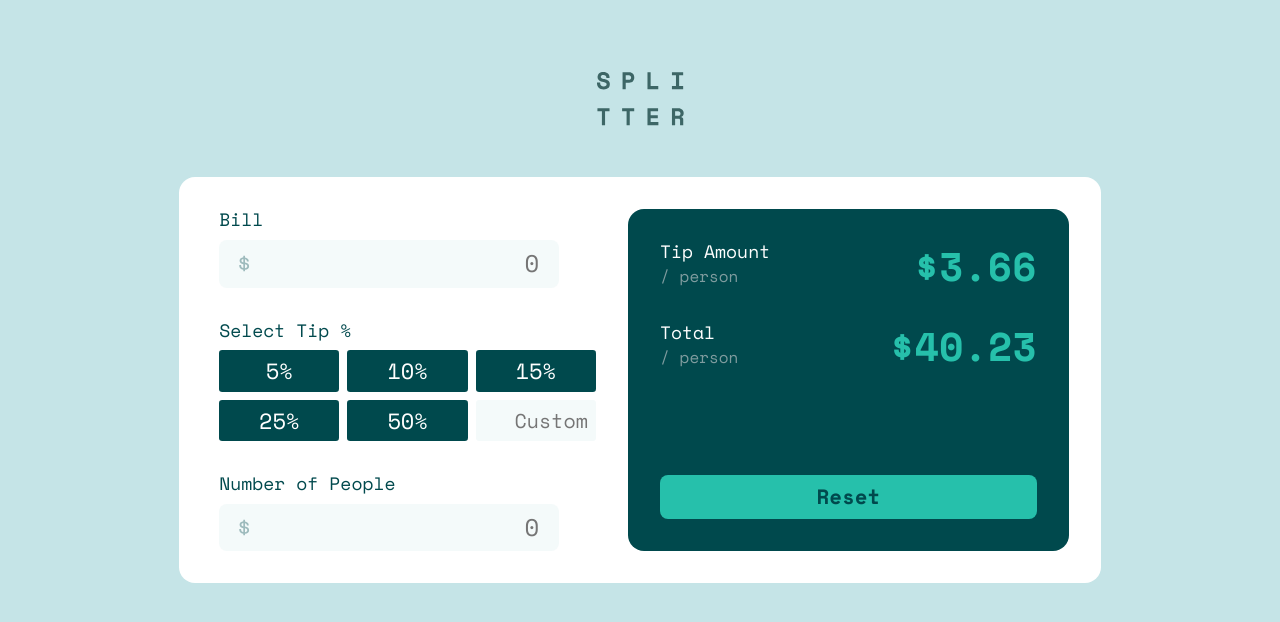
Repository: Jay-JYKim91/FM_tip-calculator
Page: index.html
An editor plug-in stored every save of this project. The page is shown before and after the next save, followed by the edit.
The browser window is 1280 px wide. The pictures show the whole page.

Above is the page before, as saved 2021-12-23 12:55:48.

After the next save:
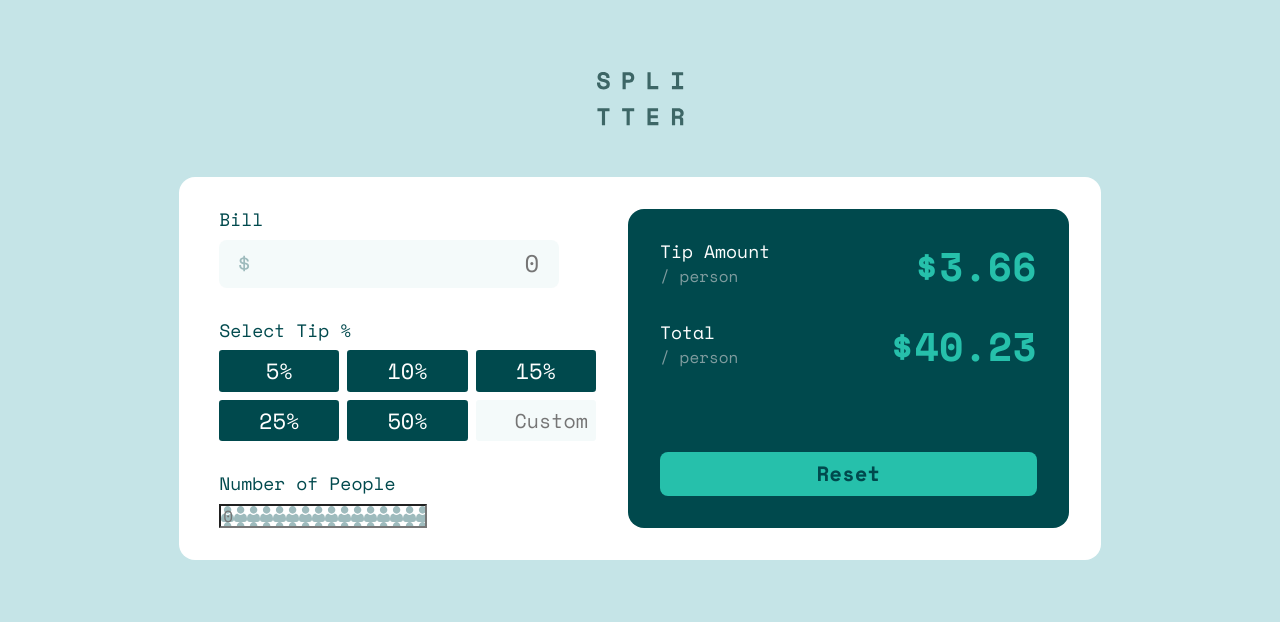
Saved 39 s later.
--- a/style.css
+++ b/style.css
@@ -79,9 +79,7 @@ header {
   color: var(--very-dark-cyan);
   font-size: 18px;
 }
-#billInput,
-#peopleInput {
-  background-image: url("./images/icon-dollar.svg");
+.input_box {
   background-position: 20px 15px;
   background-repeat: no-repeat;
   text-align: right;
@@ -93,6 +91,13 @@ header {
   caret-color: var(--strong-cyan);
   padding: 10px 20px;
   border-radius: 0.5rem;
+}
+#billInput {
+  background-image: url("./images/icon-dollar.svg");
+}
+
+#peopleInput {
+  background-image: url("./images/icon-person.svg");
 }
 /* .input_form {
   display: flex;

After the save that followed:
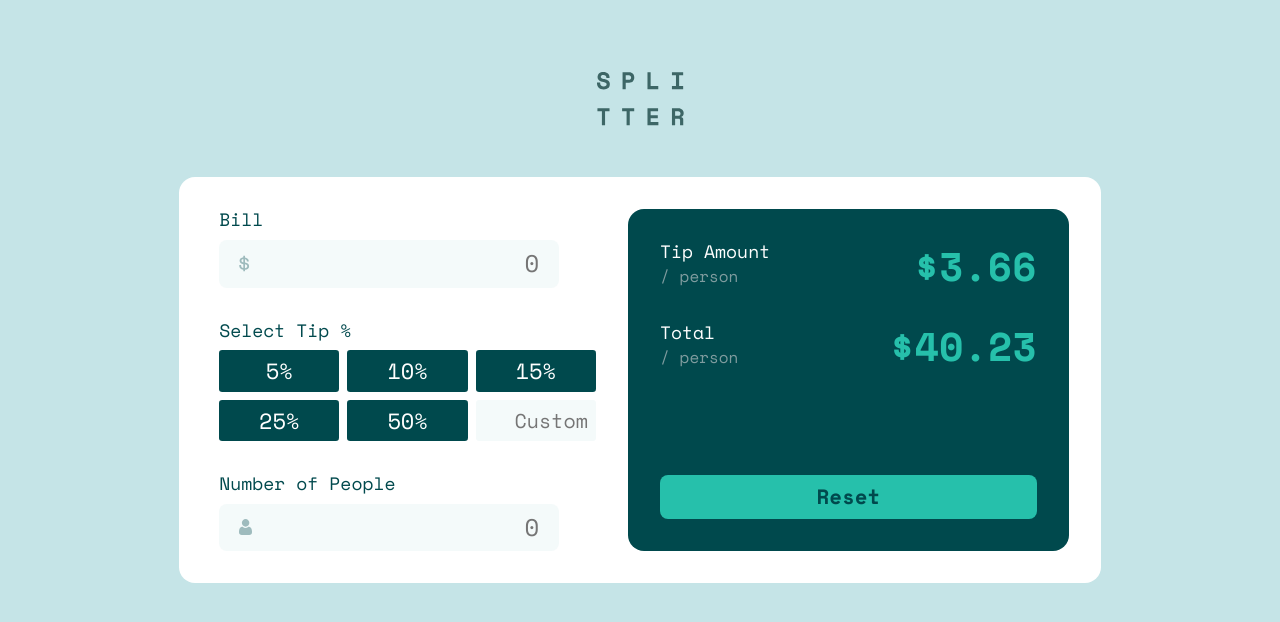
Saved 16 s later.
--- a/index.html
+++ b/index.html
@@ -39,7 +39,7 @@
         </div>
         <div>
           <p class="title">Number of People</p>
-          <input type="tel" placeholder="0" id="peopleInput">
+          <input type="tel" placeholder="0" class="input_box" id="peopleInput">
           </div>
         </div>
       </article>
